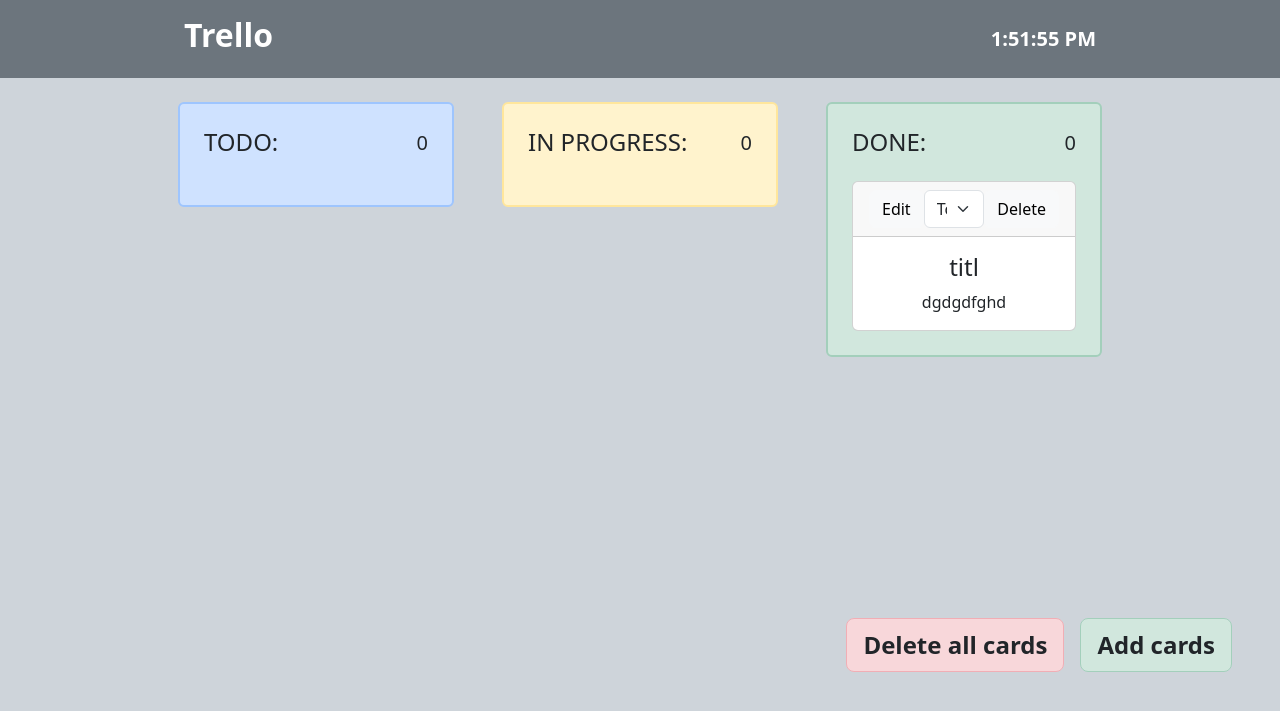
Repository: Valeria154/trello-app-clone
Page: / (app in trello-app-project/)
These files come from the project's save history. The page is drawn as it stood at one moment and after the next save; the edit follows.
The browser window is 1280 px wide. The pictures show the whole page.
The project was rebuilt for these pictures with package versions that can differ from the ones it lists, and the page was loaded fresh each time. Also part of the build but not shown: trello-app-project/vite.config.js.

Above is the page before, as saved 2025-03-16 22:03:41.

After the next save:
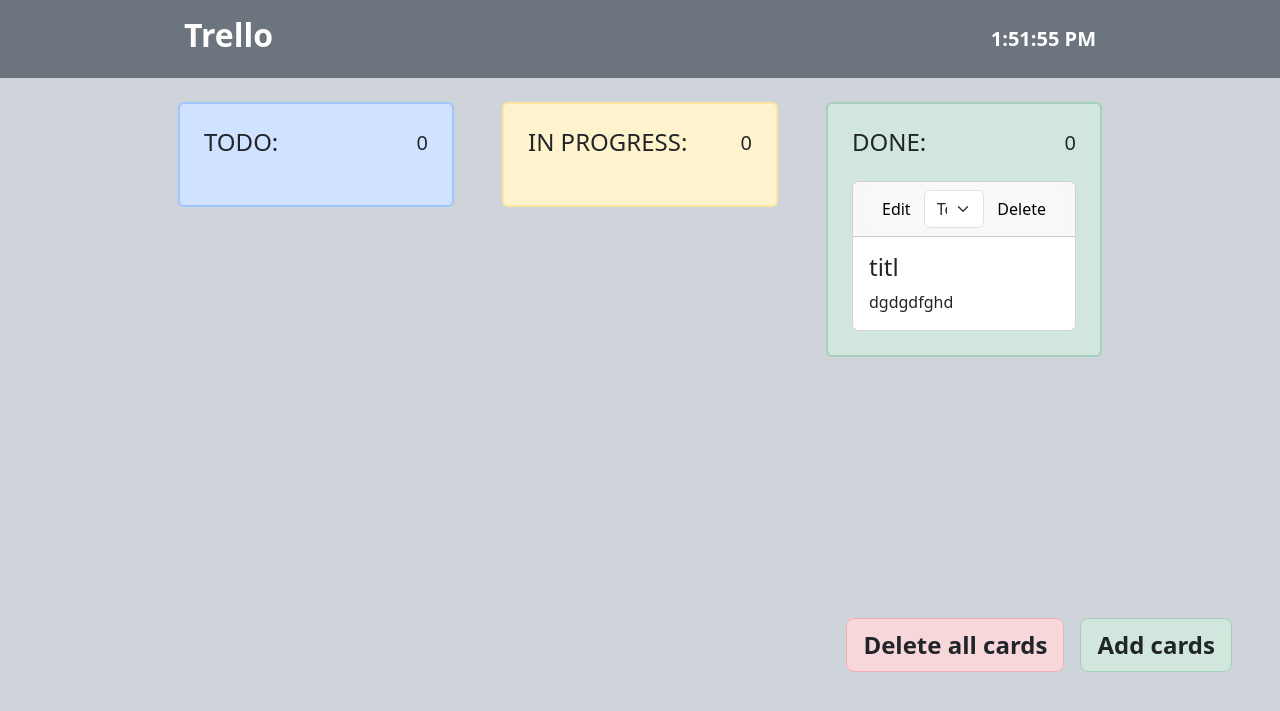
Saved 19 s later.
--- a/trello-app-project/src/index.html
+++ b/trello-app-project/src/index.html
@@ -52,8 +52,8 @@
 								<button type="button" class="btn btn-light">Delete</button>
 							</div>
 							<div class="card-body">
-								<h4 class="card-title">titl</h4>
-								<p class="card-text">dgdgdfghd</p>
+								<h4 class="card-title text-start">titl</h4>
+								<p class="card-text text-start">dgdgdfghd</p>
 							</div>
 						</div>
 					</div>
